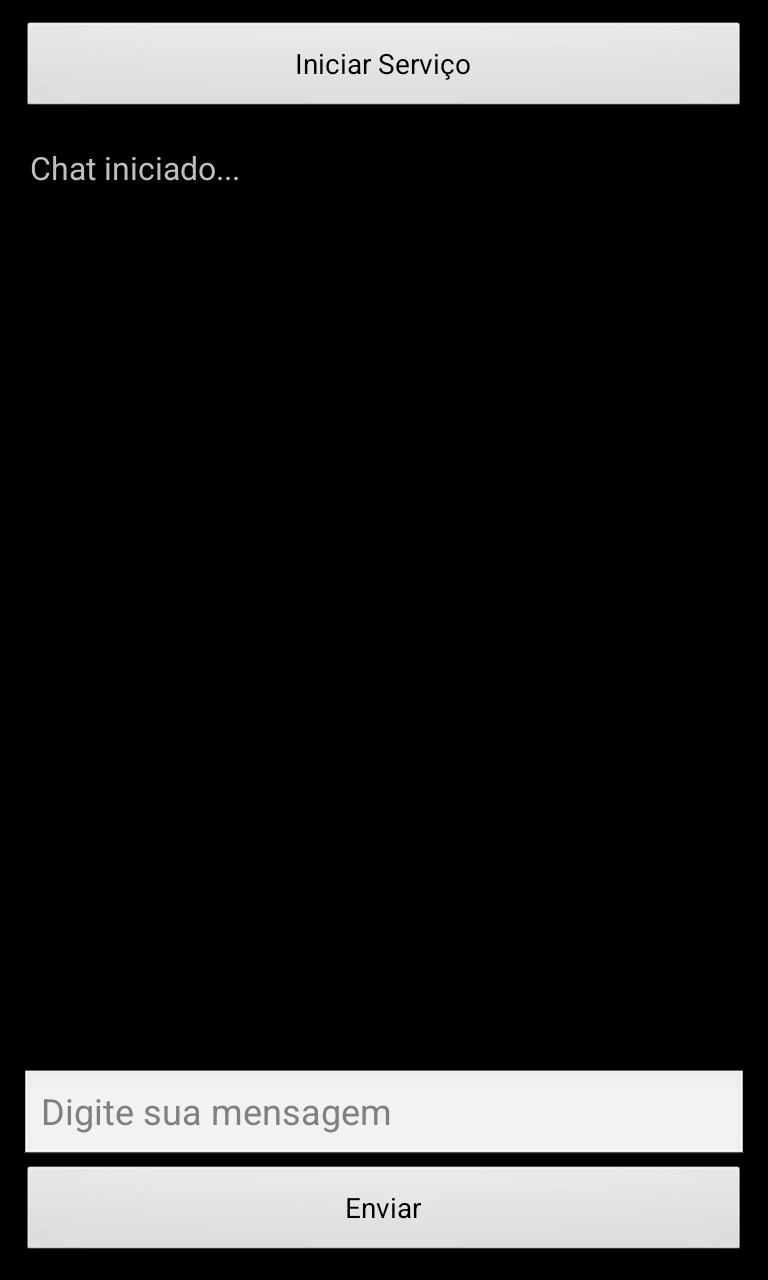
Repository: JoelmirMoura/AppMensagem
Layout: Mensagem/res/layout/main.xml
These files come from the project's save history. The layout is drawn as it stood at one moment and after the next save; the edit follows.
It is drawn on a 768 x 1280 px phone screen (xhdpi) without system bars, with theme android:Theme; the app's code is not run.

Above is the layout before, as saved 2026-04-24 19:05:28.

After the next save:
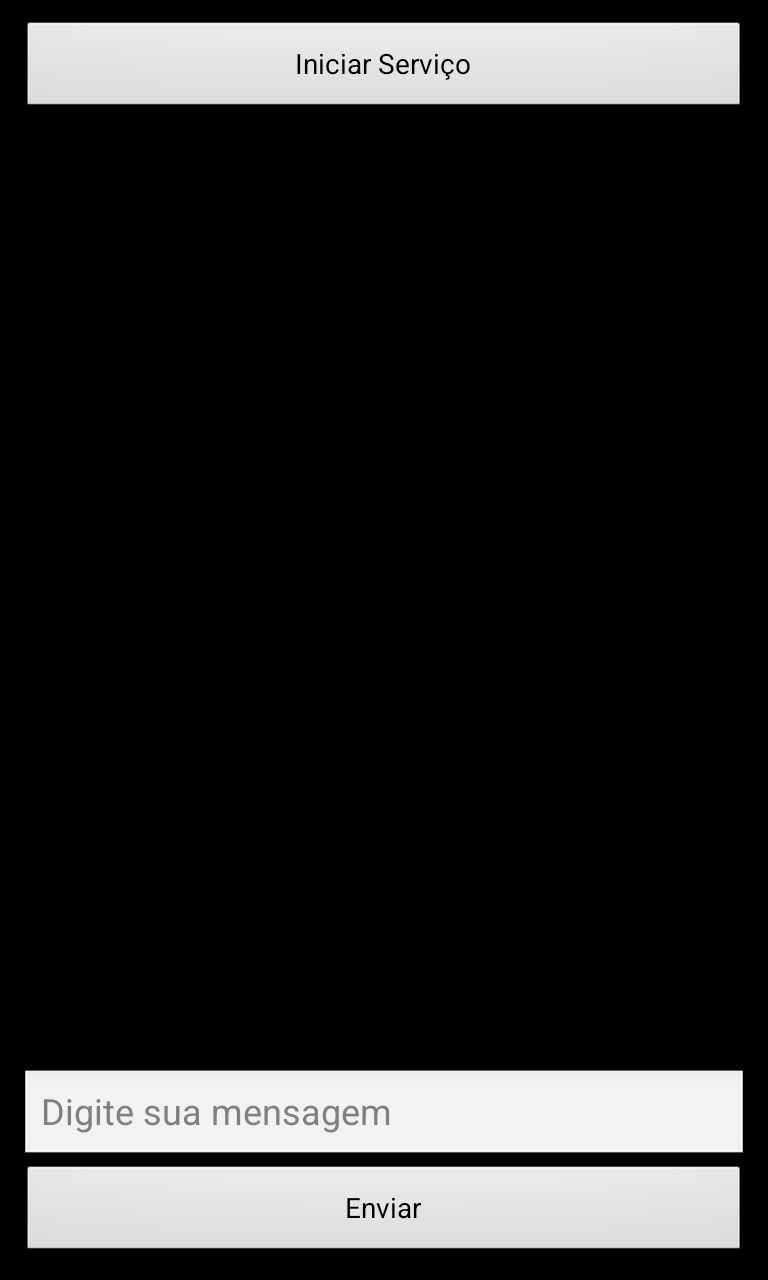
Saved 79 s later.
--- a/Mensagem/res/layout/main.xml
+++ b/Mensagem/res/layout/main.xml
@@ -13,21 +13,18 @@
 
     <!-- 🔥 ÁREA DO CHAT COM SCROLL -->
     <ScrollView
-        android:id="@+id/scrollChat"
+    	android:id="@+id/scrollChat"
+    	android:layout_width="fill_parent"
+    	android:layout_height="0dp"
+    	android:layout_weight="1"
+   	 	android:padding="10dp">
+
+    <LinearLayout
+        android:id="@+id/chatContainer"
         android:layout_width="fill_parent"
-        android:layout_height="0dp"
-        android:layout_weight="1"
-        android:fillViewport="true"
-        android:layout_marginTop="10dp">
-
-        <TextView
-            android:id="@+id/txtChat"
-            android:layout_width="fill_parent"
-            android:layout_height="wrap_content"
-            android:text="Chat iniciado..."
-            android:textSize="16sp"
-            android:padding="5dp" />
-    </ScrollView>
+        android:layout_height="wrap_content"
+        android:orientation="vertical"/>
+   </ScrollView>
 
     <!-- 🔹 DIGITAÇÃO -->
     <EditText
